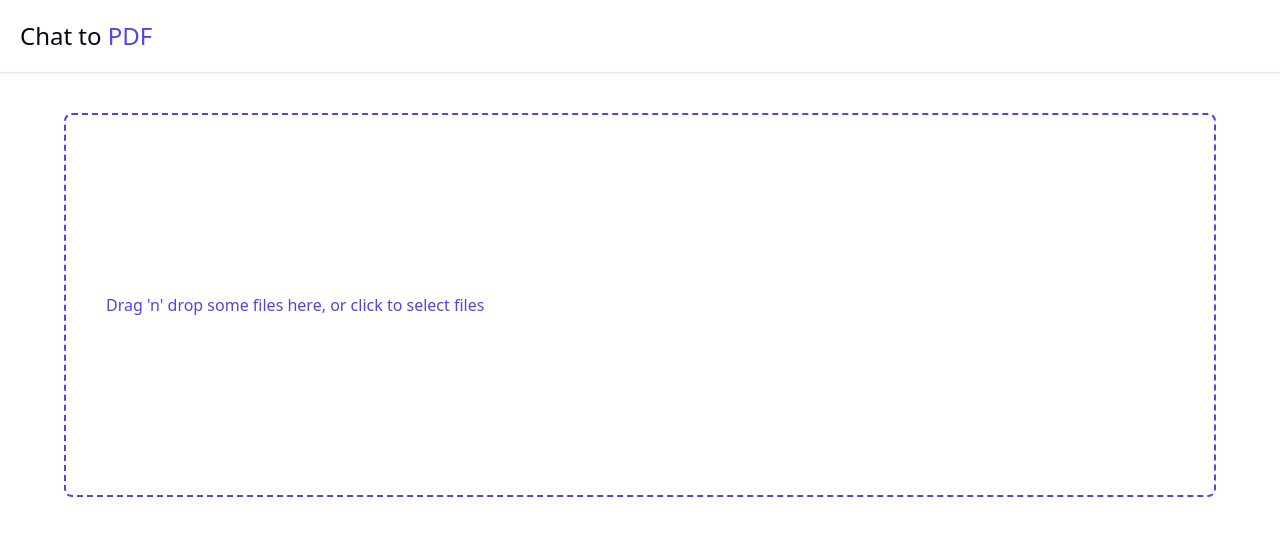
Repository: JonoSuave/chat-with-pdf
Page: /dashboard/upload
The author's editor kept a copy of each file at every save. The page is drawn from the files as they stood at one save, then again after a run of saves.
The browser window is 1280 px wide. The pictures show the whole page.
The page's requests for data from a server got no answer. The project was rebuilt for these pictures with package versions that can differ from the ones it lists, and the page was loaded fresh each time. Some packages were replaced by stand-ins written for this rebuild. The framework's server and built-in components were replaced by stand-ins that run in the browser. No one was signed in, and anything a server would have sent is missing. Also part of the build but not shown: next.config.mjs, src/lib/utils.ts, src/components/ui/button.tsx.

Above is the page before, as saved 2024-07-24 09:57:53.

### src/app/layout.tsx
import { ClerkProvider } from "@clerk/nextjs";
import "./globals.css";
// import Header from "@/components/Header";

export default function RootLayout({
	children,
}: Readonly<{
	children: React.ReactNode;
}>) {
	return (
		<ClerkProvider>
			<html lang="en">
				<body className="min-h-screen h-screen overflow-hidden flex flex-col">
					{/* <Header /> */}
					{children}
				</body>
			</html>
		</ClerkProvider>
	);
}

### src/app/dashboard/layout.tsx
import Header from "@/components/Header";
import { ClerkLoaded } from "@clerk/nextjs";

function DashBoardLayout({ children }: { children: React.ReactNode }) {
	return (
		<ClerkLoaded>
			<div className="flex-1 flex flex-col h-screen">
				<Header />
				<main className="flex-1 overflow-y-auto">{children}</main>
			</div>
		</ClerkLoaded>
	);
}

export default DashBoardLayout;

### src/app/dashboard/upload/page.tsx
import FileUploader from "@/components/FileUploader";

function UploadPage() {
	return (
		<div>
			<FileUploader />
		</div>
	);
}

export default UploadPage;

### src/components/Header.tsx
"use client";
import { SignedIn, SignedOut, SignInButton, UserButton } from "@clerk/nextjs";
import Link from "next/link";
import React from "react";
import { Button } from "./ui/button";
import { FilePlus2 } from "lucide-react";

export default function Header() {
	return (
		<div className="flex justify-between bg-white shadow-sm p-5 border-b">
			<Link href="/dashboard" className="text-2xl">
				Chat to <span className="text-indigo-600">PDF</span>
			</Link>
			<SignedIn>
				<div className="flex items-center space-x-2">
					<Button asChild variant="link" className="hidden md:flex">
						<Link href="/dashboard/upgrade">Pricing</Link>
					</Button>

					<Button asChild variant="outline">
						<Link href="/dashboard">My Documents</Link>
					</Button>

                    <Button asChild variant="outline">
                        <Link href="/dashboard/upload"><FilePlus2 className="text-indigo-600" /></Link>
                    </Button>
					{/* Upgrade Button */}
					<UserButton />
				</div>
			</SignedIn>
		</div>
	);
}

### src/components/FileUploader.tsx
"use client";
import React, { useCallback } from "react";
import { useDropzone } from "react-dropzone";

function FileUploader() {
	const onDrop = useCallback((acceptedFiles: File[]) => {
		// Do something with the files
	}, []);
	const { getRootProps, getInputProps, isDragActive, isFocused } = useDropzone({ onDrop });
	return (
		<div className="flex flex-col gap-4 items-center max-w-7xl mx-auto">
			{/* Loading... tomorrow */}
			<div
				{...getRootProps()}
				className={`p-10 border-2 border-indigo-600 border-dashed mt-10 w-[90%] text-indigo-600 rounded-lg h-96 flex items-center`}>
				<input {...getInputProps()} />
				<div className="">
                {isDragActive ? (
					<p>Drop the files here ...</p>
				) : (
					<p>Drag 'n' drop some files here, or click to select files</p>
				)}
                </div>
			</div>
		</div>
	);
}

export default FileUploader;

Loaded but not shown: src/app/globals.css (common file); tailwind.config.ts (common file)

After the next 2 saves:
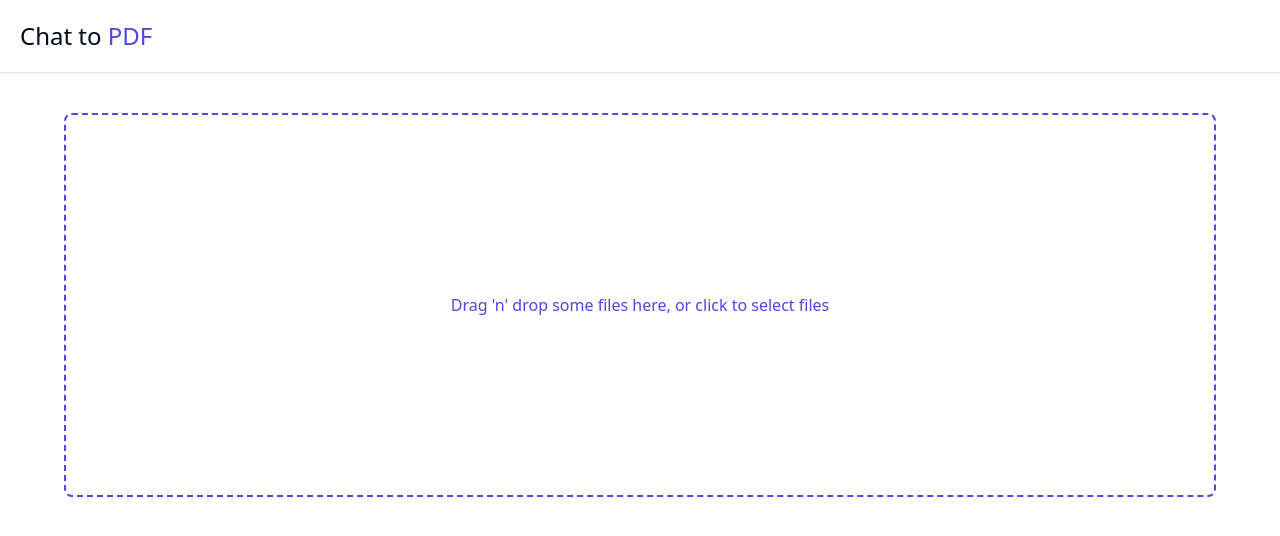
The 2 saves are shown as one change because they came seconds apart.
The last was saved 13 s later.
--- a/src/components/FileUploader.tsx
+++ b/src/components/FileUploader.tsx
@@ -12,7 +12,7 @@ function FileUploader() {
 			{/* Loading... tomorrow */}
 			<div
 				{...getRootProps()}
-				className={`p-10 border-2 border-indigo-600 border-dashed mt-10 w-[90%] text-indigo-600 rounded-lg h-96 flex items-center`}>
+				className={`p-10 border-2 border-indigo-600 border-dashed mt-10 w-[90%] text-indigo-600 rounded-lg h-96 flex items-center justify-center`}>
 				<input {...getInputProps()} />
 				<div className="">
                 {isDragActive ? (
